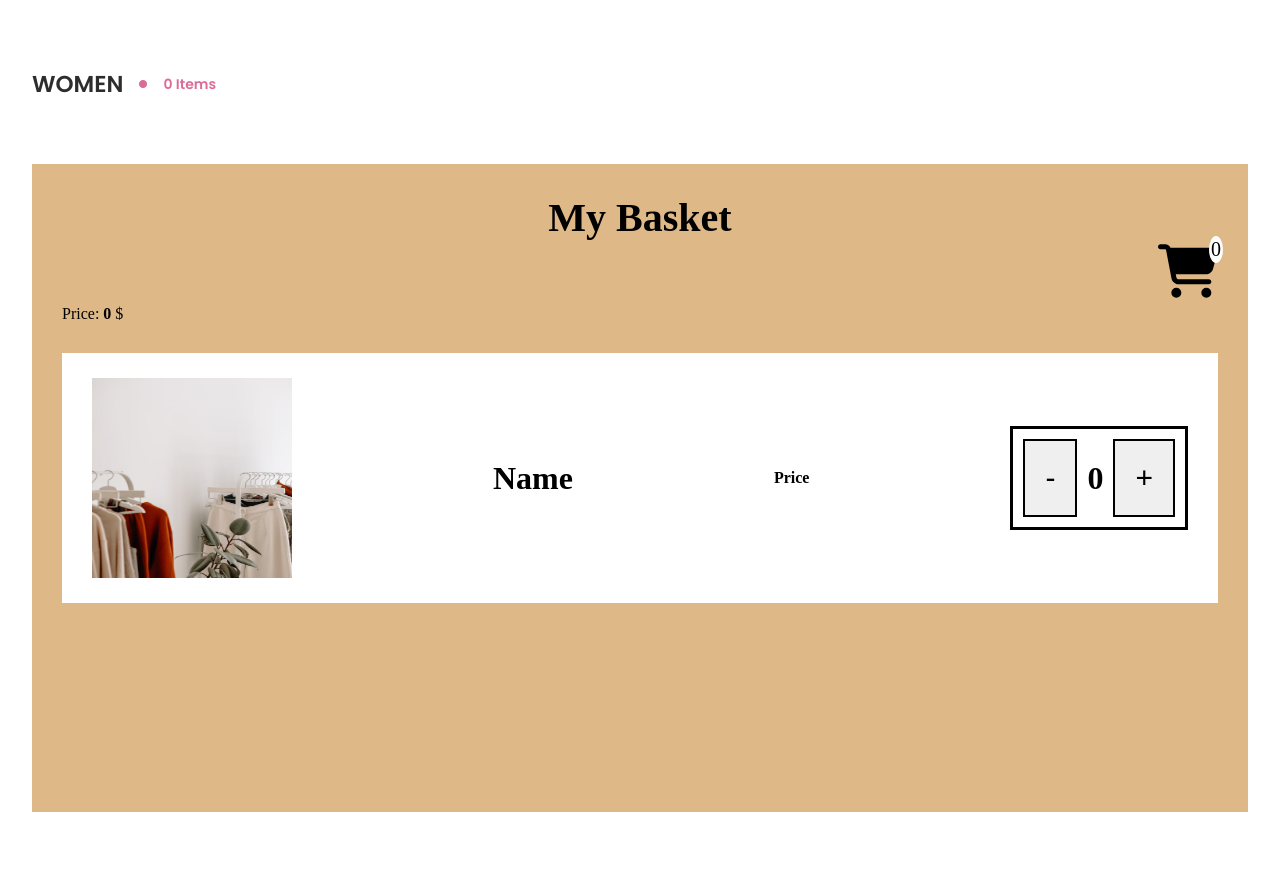
Repository: PoladEziz/Ecommerce-Page
Page: pages/shopPage/index.html
The author's editor kept a copy of each file at every save. The page is drawn from the files as they stood at one save, then again after the next save.
The browser window is 1280 px wide. The pictures show the whole page.

Above is the page before, as saved 2023-11-09 16:03:32.
Console error: TypeError: Cannot read properties of null (reading 'length')

### pages/shopPage/index.html
<!DOCTYPE html>
<html lang="en">
  <head>
    <meta charset="UTF-8" />
    <meta name="viewport" content="width=device-width, initial-scale=1.0" />
    <title>Document</title>
    <link
      rel="stylesheet"
      href="https://cdnjs.cloudflare.com/ajax/libs/font-awesome/6.4.2/css/all.min.css"
      integrity="sha512-z3gLpd7yknf1YoNbCzqRKc4qyor8gaKU1qmn+CShxbuBusANI9QpRohGBreCFkKxLhei6S9CQXFEbbKuqLg0DA=="
      crossorigin="anonymous"
      referrerpolicy="no-referrer"
    />
    <link rel="stylesheet" href="../../assets/css/reset.css" />
    <link rel="stylesheet" href="./index.css" />
  </head>
  <body>
    <div class="shop-page">
      <div class="head">
        <h1>WOMEN</h1>
        <img src="../../assets/img/Ellipse 1.png" alt="" />
        <h2>0 Items</h2>
      </div>
      <div class="main">
        <ul>
          <!-- <li>
            <div class="image-box">
              <img
                class="main-photo"
                src="../../assets/img/image 13.png"
                alt=""
              />
              <div class="buttons-box">
                <div class="ratigns">
                  <img
                    src="../../assets/img/icon emojione-star.png"
                    alt=""
                    srcset=""
                  />
                  <h5>4.3</h5>
                </div>
                <button>
                  <img src="../../assets/img/no-fav.svg" alt="" />
                </button>
              </div>
            </div>

            <h3>Forever 21</h3>
            <p>Plush body-hug sweater</p>
            <h4>Rs. 1790</h4>
            <div class="buttons">
              <button class="add">
                <i class="fa-solid fa-cart-shopping"></i>
              </button>
              <button class="delete">
                <i class="fa-sharp fa-solid fa-trash"></i>
              </button>
            </div>
          </li> -->
        </ul>
      </div>
      <div class="basket">
        <h2>My Basket</h2>
        <div class="basket-icon">
          <img
            class="shop-icon-img"
            src="../../assets/img/cart-shopping-solid.svg"
            alt=""
          />
          <p class="number-p">0</p>
        </div>
        <p>Price: <b class="total-price">0</b> $</p>
        <ul class="basket-ul">
          <li>
            <img src="../../assets/img/image 1.png" alt="" />
            <h1>Name</h1>
            <h4>Price</h4>
            <div class="counter-div">
              <button class="decrease">-</button>
              <h1 class="counter">0</h1>
              <button class="increase">+</button>
            </div>
          </li>
        </ul>
      </div>
    </div>
  </body>
  <script src="./index.js"></script>
</html>

### assets/css/reset.css
*{
    padding: 0;
    margin: 0;
    box-sizing: border-box;
}
button{
    border: none;
}
li{
    list-style-type: none;
}
a{
    text-decoration: none;
}

### pages/shopPage/index.css
@import url("https://fonts.googleapis.com/css2?family=Poppins:wght@400;600&display=swap");
.shop-page {
  width: 100%;
  min-height: 100vh;
  padding: 64px 32px;
}
.shop-page .head {
  display: flex;
  align-items: center;
  margin-bottom: 40px;
}
.shop-page .head h1 {
  color: var(--text-color-primary, #2d2d2d);
  font-family: Poppins;
  font-size: 23px;
  font-style: normal;
  font-weight: 600;
  line-height: 32px;
}
.shop-page .head img {
  width: 8px;
  height: 8px;
  margin: 16px;
}
.shop-page .head h2 {
  color: var(--text-color-accent, #db6b97);
  font-family: Poppins;
  font-size: 14px;
  font-style: normal;
  font-weight: 600;
  line-height: 24px;
}
.shop-page .main ul {
  display: grid;
  grid-template-columns: repeat(4, 1fr);
  grid-row-gap: 50px;
  grid-column-gap: 120px;
}
.shop-page .main ul li {
  display: flex;
  flex-direction: column;
  gap: 16px;
}
.shop-page .main ul li .image-box {
  position: relative;
}
.shop-page .main ul li .image-box button {
  background: none;
}
.shop-page .main ul li .image-box .buttons-box {
  width: 100%;
  padding: 0 16px;
  position: absolute;
  bottom: 24px;
  display: flex;
  justify-content: space-between;
}
.shop-page .main ul li .ratigns {
  width: 55px;
  height: 24px;
  padding: 4px 8px;
  border-radius: 4px;
  background: var(--text-color-secondary, #fff);
  display: flex;
}
.shop-page .main ul li .ratigns h5 {
  margin-left: 4px;
  color: var(--text-color-primary, #2d2d2d);
  font-family: Poppins;
  font-size: 12px;
  font-style: normal;
  font-weight: 600;
  line-height: 16px;
}
.shop-page .main ul li .main-photo {
  width: 100%;
  height: 360px;
}
.shop-page .main ul li h3 {
  color: var(--text-color-primary, #2d2d2d);
  font-family: Poppins;
  font-size: 16px;
  font-style: normal;
  font-weight: 600;
  line-height: 24px;
}
.shop-page .main ul li p {
  color: var(--text-color-tertiary, #737373);
  font-family: Poppins;
  font-size: 14px;
  font-style: normal;
  font-weight: 400;
  line-height: 24px;
}
.shop-page .main ul li h4 {
  color: var(--text-color-accent, #db6b97);
  font-family: Poppins;
  font-size: 14px;
  font-style: normal;
  font-weight: 600;
  line-height: 24px;
}
.shop-page .main ul li .buttons {
  display: flex;
  align-items: center;
  justify-content: space-between;
}
.shop-page .main ul li .buttons i {
  font-size: 20px;
}
.shop-page .basket {
  width: 100%;
  min-height: 90vh;
  margin-top: 20px;
  padding: 30px;
  background-color: burlywood;
}
.shop-page .basket h2 {
  font-size: 40px;
  text-align: center;
}
.shop-page .basket .basket-icon {
  width: 60px;
  margin-left: auto;
  position: relative;
}
.shop-page .basket .basket-icon .shop-icon-img {
  width: 60px;
  height: 60px;
}
.shop-page .basket .basket-icon .number-p {
  position: absolute;
  top: -5px;
  right: -5px;
  font-size: 20px;
  background-color: #FFF;
  border: 2px solid white;
  border-radius: 50%;
}
.shop-page .basket ul {
  margin-top: 30px;
  display: flex;
  flex-direction: column;
}
.shop-page .basket ul li {
  display: flex;
  align-items: center;
  justify-content: space-between;
  padding: 30px;
  width: 100%;
  height: 250px;
  background-color: #FFF;
}
.shop-page .basket ul li img {
  width: 200px;
  height: 200px;
}
.shop-page .basket ul li .counter-div {
  display: flex;
  align-items: center;
  border: 3px solid black;
}
.shop-page .basket ul li .counter-div button {
  border: 2px solid black;
  padding: 20px;
  margin: 10px;
  font-size: 30px;
}/*# sourceMappingURL=index.css.map */

### pages/shopPage/index.js
let ul = document.querySelector("ul");
let h2 = document.querySelector("h2");
function getProduct() {
  let data = JSON.parse(localStorage.getItem("product"));

  h2.innerText = ` ${data.length} Items`;
  data.forEach((element) => {
    ul.innerHTML += `
    <li>
    <div class="image-box">
      <img
        class="main-photo"
        src="${element.productImg}"
        alt=""
      />
      <div class="buttons-box">
        <div class="ratigns">
          <img
            src="../../assets/img/icon emojione-star.png"
            alt=""
            srcset=""
          />
          <h5>4.3</h5>
        </div>
        <button class="no-fav-btn">
        <img class="no-fav" src="../../assets/img/no-fav.svg" alt="">
        </button>
      </div>
    </div>

    <h3>${element.productName} <br> # <span>${element.productId} </span>  </h3>
    <h5>${element.productInfo} <br> <p>${element.productCount}</p></h5>
    <h4>$  <span>${element.productAmount} </span> </h4>
<div class="buttons">
<button class="add">
  <i class="fa-solid fa-cart-shopping"></i>
</button>
<button class="delete">
  <i class="fa-sharp fa-solid fa-trash"></i>
</button>
</div>
   </li>
   `;
  });
}
getProduct();
// fav action
let fav = false;
let noFavBtn = document.querySelectorAll(".no-fav-btn");
noFavBtn.forEach((element) => {
  element.addEventListener("click", () => checkFav(element));
});
function checkFav(element) {
  if (fav) {
    element.querySelector("img").src = "../../assets/img/no-fav.svg";
    fav = false;
  } else {
    element.querySelector("img").src = "../../assets/img/fav.svg";
    fav = true;
  }
}
// delete action
let deleteBtn = document.querySelectorAll(".delete");
deleteBtn.forEach((element) => {
  element.addEventListener("click", () => deleteProduct(element));
});
function deleteProduct(element) {
  let data = JSON.parse(localStorage.getItem("product"));
  let productId =
    element.parentElement.parentElement.querySelector("span").innerText;
  let productCount = element.parentElement.parentElement.querySelector("h5 p");

  if (productCount.innerText > 1) {
    productCount.innerText = productCount.innerText - 1;
    editLocalStorage(productId, data);
  } else {
    element.parentElement.parentElement.remove();
    removeLocalStorage(productId, data);
  }
}

// delete from localStorage
function editLocalStorage(id, data) {
  data.forEach((element) => {
    if (element.productId == id) {
      element.productCount--;
      localStorage.setItem("product", JSON.stringify(data));
    }
  });
}

function removeLocalStorage(id, data) {
  let newArr = data.filter((object) => {
    return object.productId != id;
  });
  localStorage.setItem("product", JSON.stringify(newArr));
}



// add to basket
let addBtns=document.querySelectorAll('.add')
let basketCount= document.querySelector('.number-p')
let totalPrice=document.querySelector('.total-price')
let basketUl =document.querySelector('.basket-ul')
addBtns.forEach((element)=>{
  element.addEventListener('click', ()=>addBasket(element))
})

function addBasket(event){
  let productName= event.parentElement.parentElement.querySelector('h3')
  let productPrice= event.parentElement.parentElement.querySelector('h4 span')
  let productImg= event.parentElement.parentElement.querySelector('img').src
  console.log(productImg);
basketUl.innerHTML+=
`

`
}

After the next save:
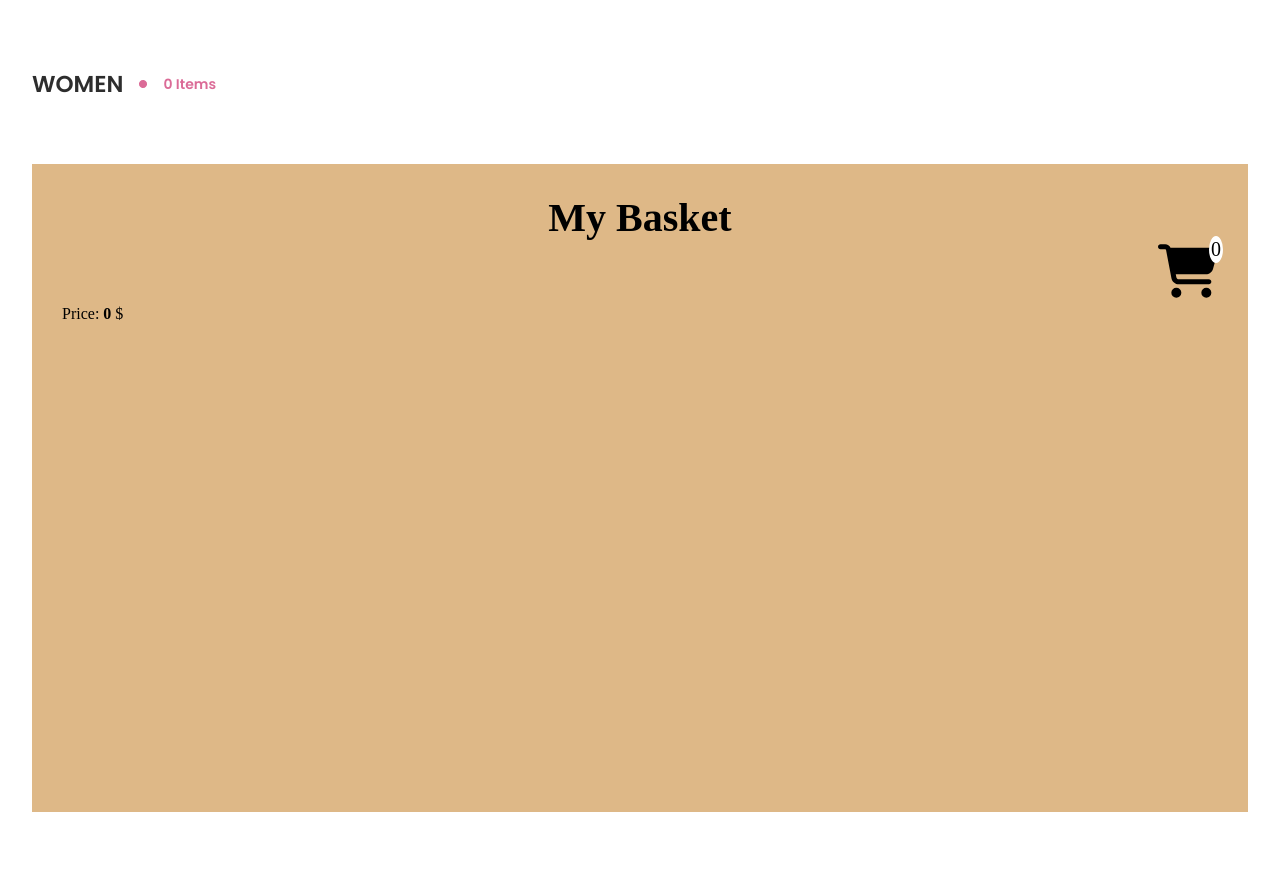
Saved 9 s later.
--- a/pages/shopPage/index.html
+++ b/pages/shopPage/index.html
@@ -71,16 +71,7 @@
         </div>
         <p>Price: <b class="total-price">0</b> $</p>
         <ul class="basket-ul">
-          <li>
-            <img src="../../assets/img/image 1.png" alt="" />
-            <h1>Name</h1>
-            <h4>Price</h4>
-            <div class="counter-div">
-              <button class="decrease">-</button>
-              <h1 class="counter">0</h1>
-              <button class="increase">+</button>
-            </div>
-          </li>
+
         </ul>
       </div>
     </div>
